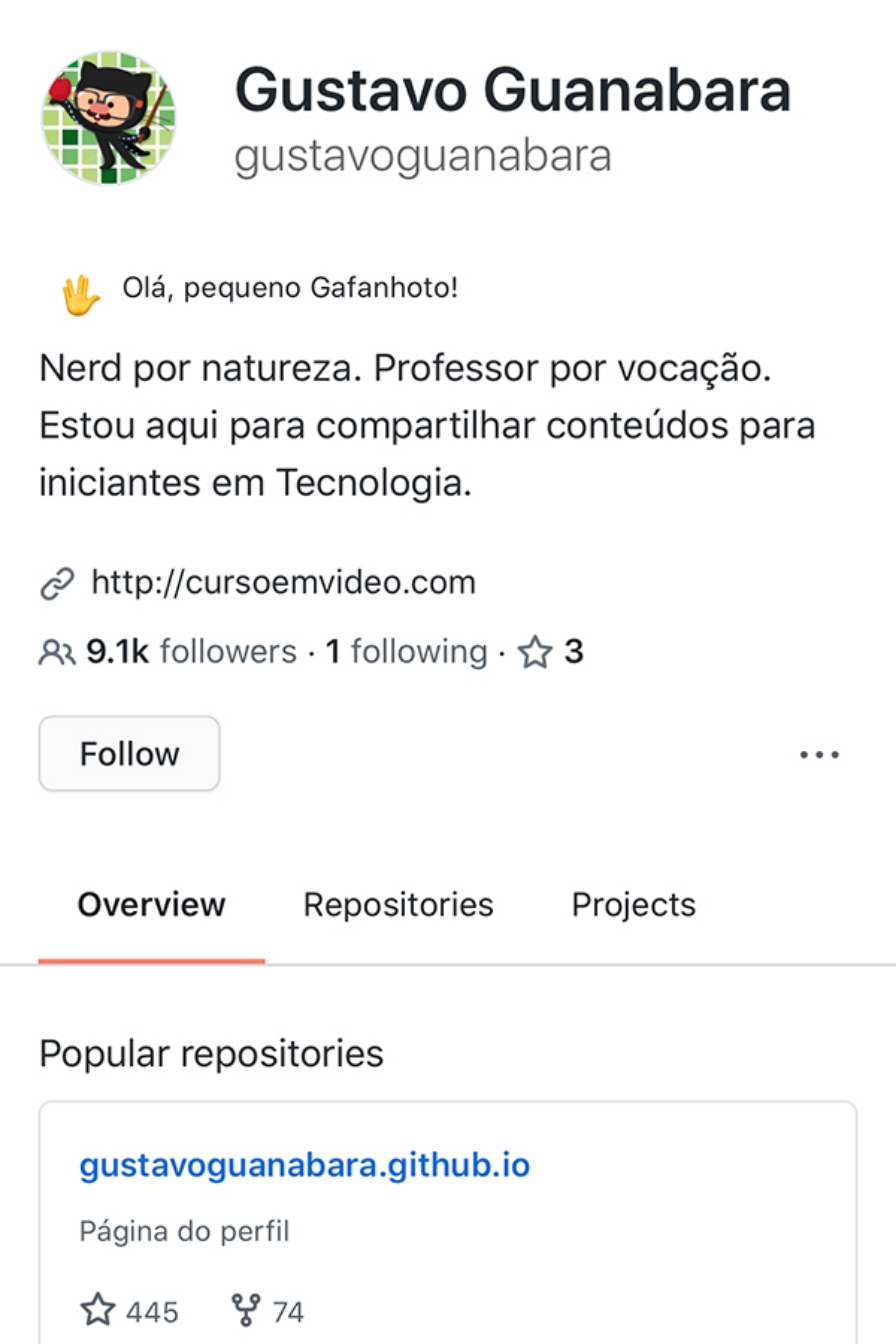
Repository: Lucianorodriguesdev/Projeto-RedeSocial
Page: instagram.html
The author's editor kept a copy of each file at every save. The page is drawn from the files as they stood at one save, then again after the next save.
The browser window is 1280 px wide. The pictures show the part of the page from y = 0 to 1920 px (the page is 4795 px tall before and 10845 px after), at 70% of full size.

Above is the page before, as saved 2026-07-07 10:44:44.

After the next save:
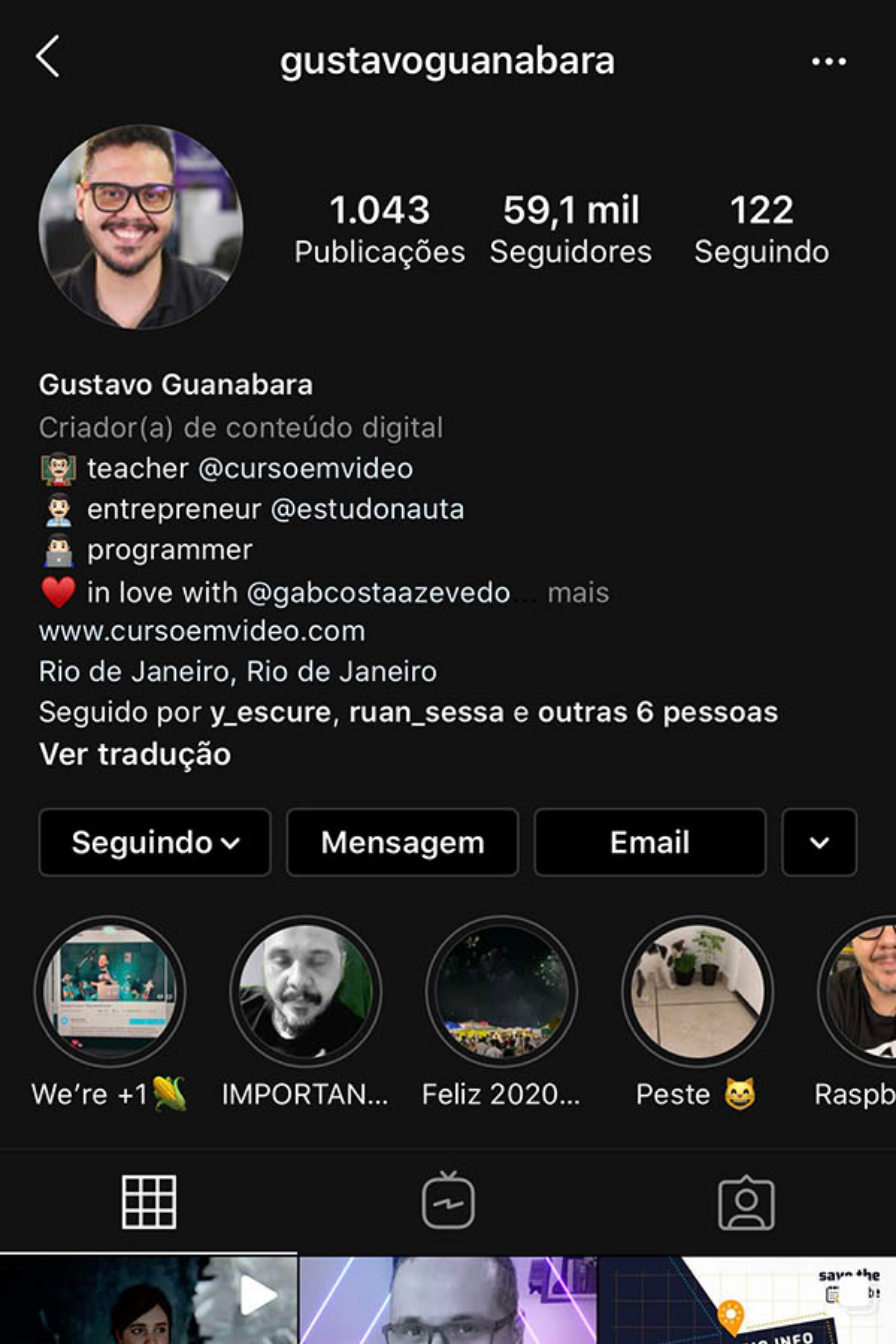
Saved 2 min 8 s later.
--- a/instagram.html
+++ b/instagram.html
@@ -7,7 +7,7 @@
     <link rel="stylesheet" href="social.css">
 </head>
 <body>
-    <img src="imagens/tela-github.jpg" alt="foto github">
+    <img src="imagens/tela-instagram.jpg" alt="foto github">
     <a href="https://github.com/gustavoguanabara"><button>ACESSE</button></a>
 </body>
 </html>
